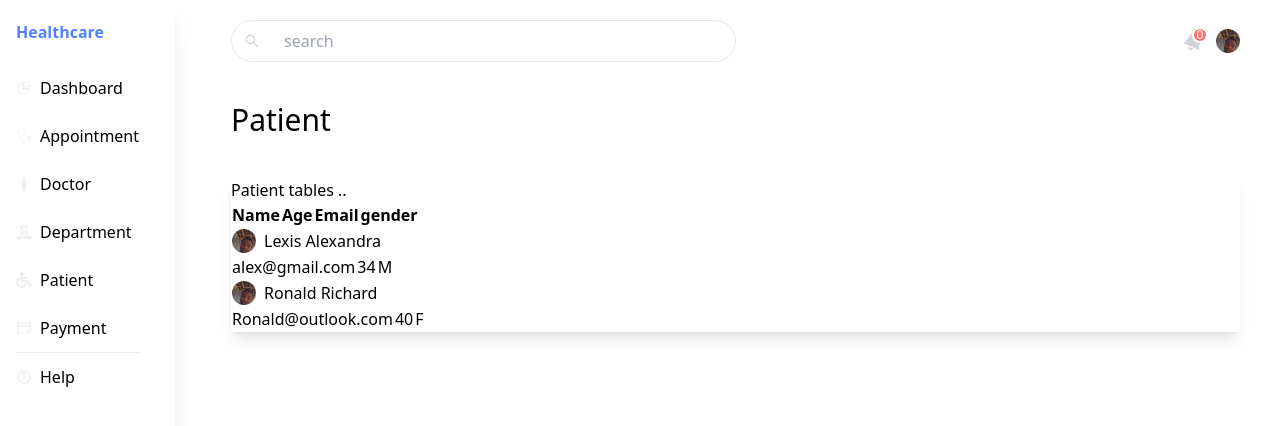
Repository: hisreal123/healthcare-dashboard
Page: /patient
An editor plug-in stored every save of this project. The page is shown before and after the next save, followed by the edit.
The browser window is 1280 px wide. The pictures show the whole page.
The project was rebuilt for these pictures with package versions that can differ from the ones it lists, and the page was loaded fresh each time. Also part of the build but not shown: vite.config.ts, src/routes/Error.tsx, src/views/Dashboard.tsx, components/tables/AppointementTable.tsx, src/views/Appointment.tsx, src/views/Doctor.tsx, src/views/Department.tsx, src/views/Payment.tsx and 1 more.

Above is the page before, as saved 2023-05-05 19:11:43.

After the next save:
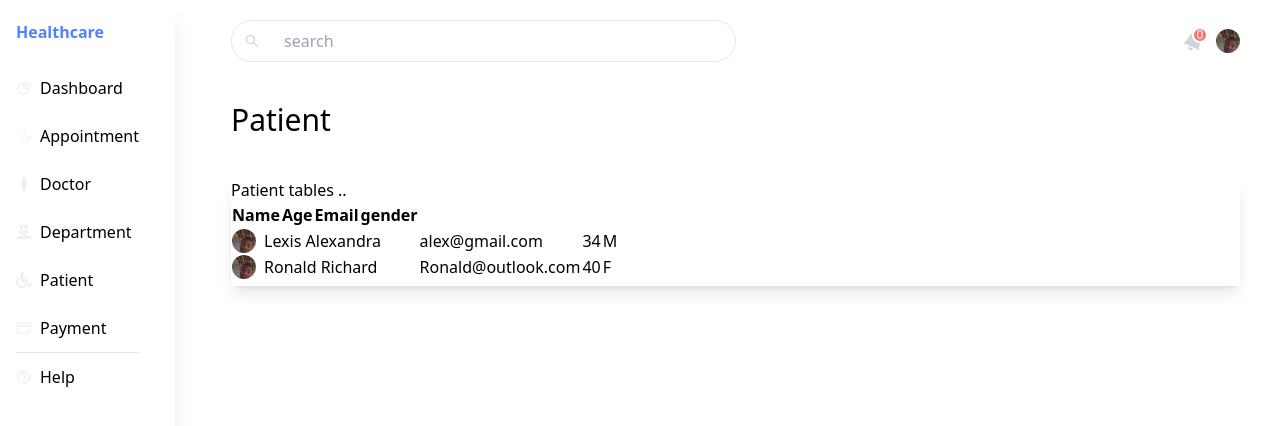
Saved 10 s later.
--- a/components/tables/PatientsTable.tsx
+++ b/components/tables/PatientsTable.tsx
@@ -18,7 +18,7 @@ export default function PatientTable({ patientStyle }: PatientTableProps) {
     const PatientList = patients.map((patient: any, index: number) => {
         return (
             <>
-                <tbody key={index} className="flex-1 w-full flex relative justify-between">
+                <tbody key={index} className="">
                     <tr>
                         <td className='flex item-center space-x-2'>
                             <ImageWrapper />
